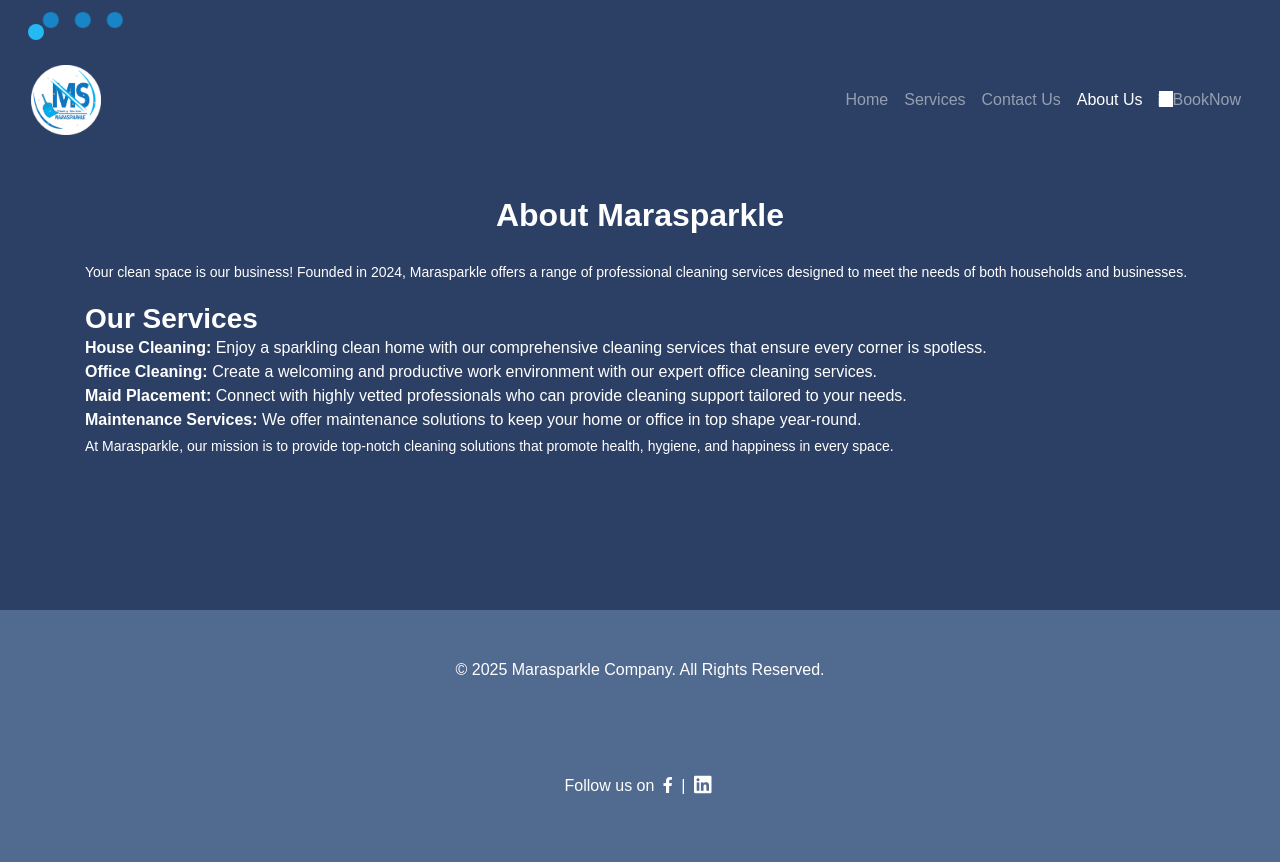
Repository: guineveretim/sparkle
Page: http://localhost/about/
The author's editor kept a copy of each file at every save. The page is drawn from the files as they stood at one save, then again after the next save.
The browser window is 1280 px wide. The pictures show the whole page.
The page is served by the project's application, run on Django 5.2 (manage.py).

Above is the page before, as saved 2025-03-26 14:24:44.

After the next save:
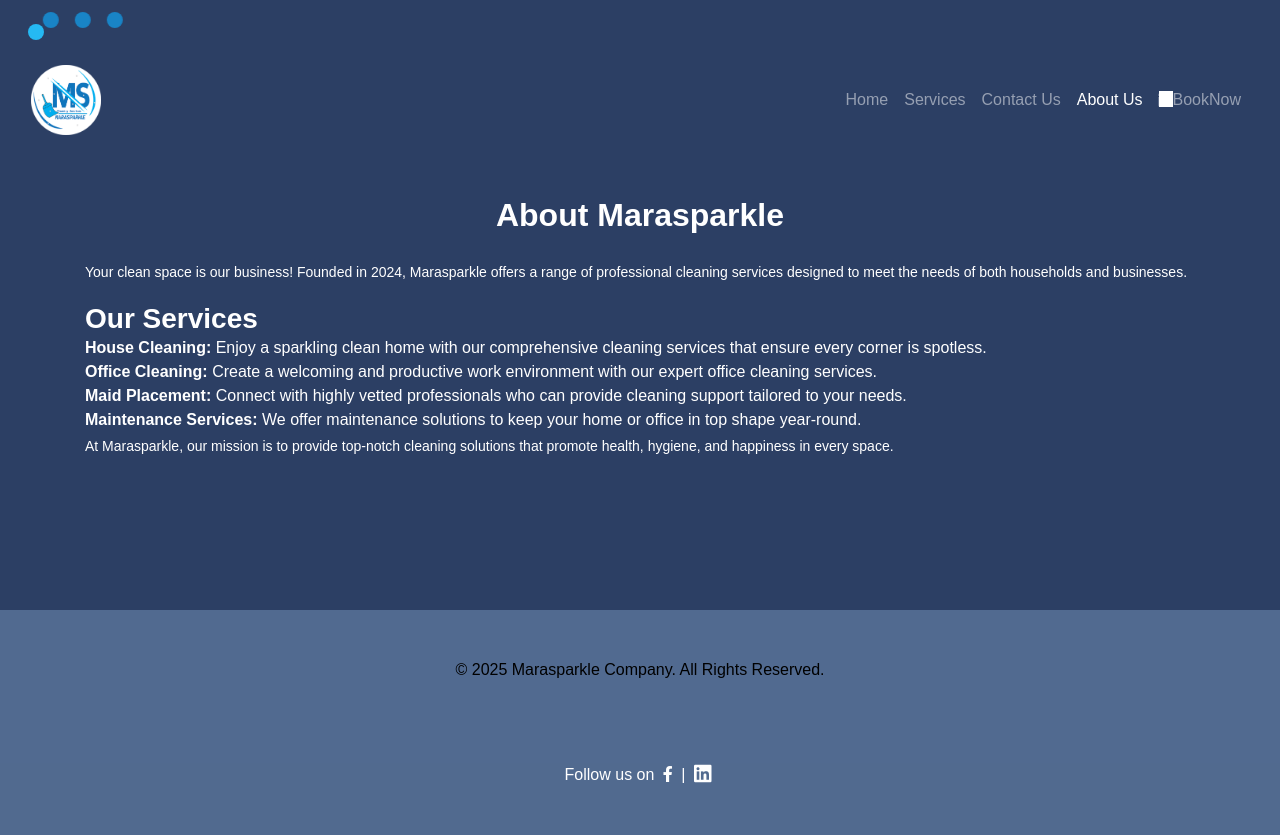
Saved 2 min 33 s later.
--- a/templates/application/about.html
+++ b/templates/application/about.html
@@ -97,10 +97,10 @@
         <div class="container-fluid">
             <div class="row">
                 <div class="col-12">
-                    <p>© 2025 Marasparkle Company. All Rights Reserved.</p>
+                    <p style="color: black; margin: 0;">© 2025 Marasparkle Company. All Rights Reserved.</p> <!-- Set margin to zero -->
                 </div>
                 <div class="col-12">
-                    <p style="color: white;">
+                    <p style="color: white; margin: 5px 0 0 0;"> <!-- Add a small top margin to the second paragraph -->
                         Follow us on
                         <a href="https://www.facebook.com/profile.php?id=61573551016908" class="mx-1 text-white" aria-label="Follow us on Facebook">
                             <i class="fab fa-facebook-f"></i>
